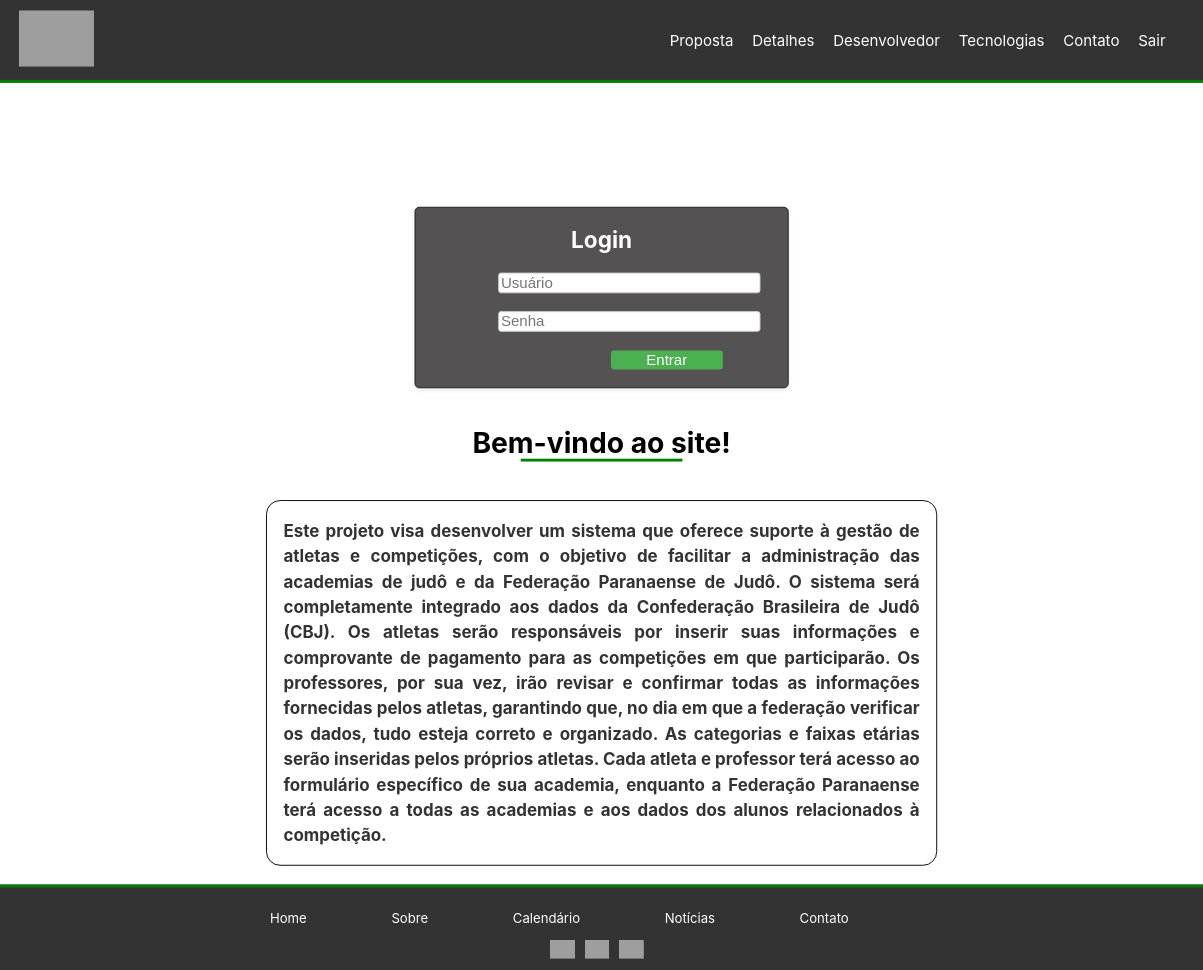
Repository: gustavo-eng/TheFightDay
Page: /home (app in Client/frontend/)
The author's editor kept a copy of each file at every save. The page is drawn from the files as they stood at one save, then again after the next save.
The browser window is 1280 px wide. The pictures show the whole page, at 94% of full size.
Pictures or frames that could not be fetched are drawn as grey boxes. The project was rebuilt for these pictures with package versions that can differ from the ones it lists, and the page was loaded fresh each time. Also part of the build but not shown: Client/frontend/src/pages/Home.js.

Above is the page before, as saved 2023-06-03 23:27:28.

After the next save:
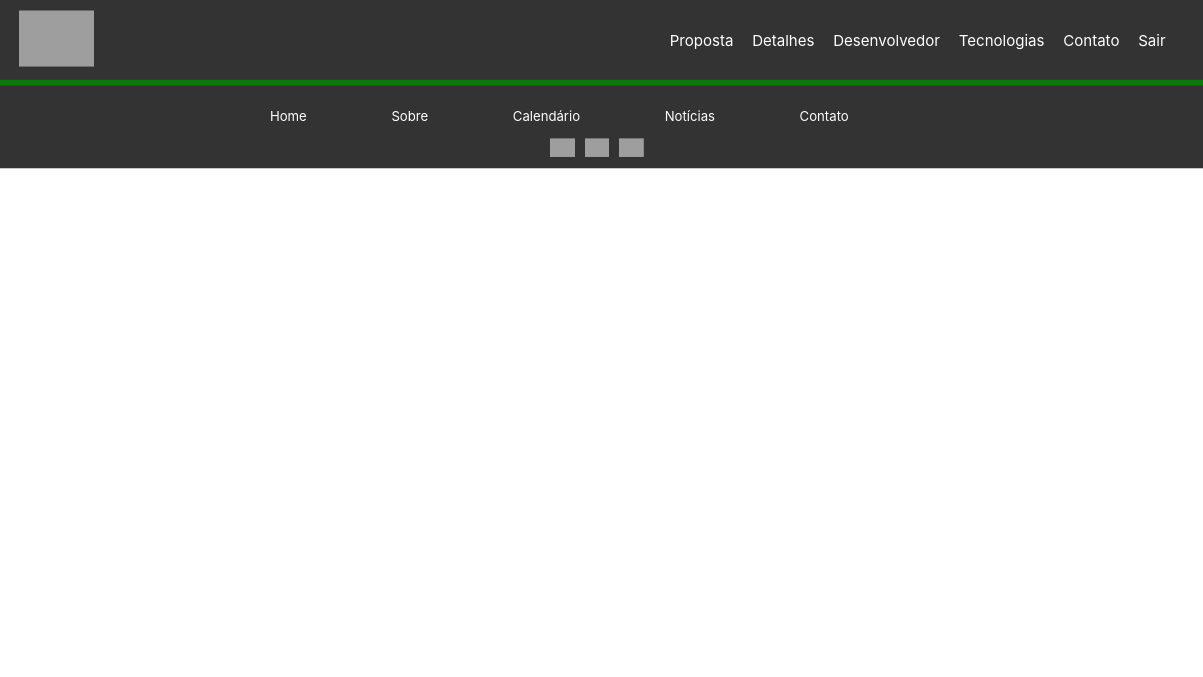
Saved 19 s later.
--- a/Client/frontend/src/pages/Login.js
+++ b/Client/frontend/src/pages/Login.js
@@ -39,27 +39,8 @@ const LoginScreen  = (props) => {
 
     return (
 
-            <div class="container_proposta">
+            <div >
 
-                <p class= "p_proposta">
-                                Este projeto visa desenvolver um sistema que oferece suporte à gestão de atletas e competições, com o objetivo de facilitar a administração das academias de judô e da Federação Paranaense de Judô. O sistema será completamente integrado aos dados da Confederação Brasileira de Judô (CBJ). Os atletas serão responsáveis por inserir suas informações e comprovante de pagamento para as competições em que participarão. Os professores, por sua vez, irão revisar e confirmar todas as informações fornecidas pelos atletas, garantindo que, no dia em que a federação verificar os dados, tudo esteja correto e organizado. As categorias e faixas etárias serão inseridas pelos próprios atletas. Cada atleta e professor terá acesso ao formulário específico de sua academia, enquanto a Federação Paranaense terá acesso a todas as academias e aos dados dos alunos relacionados à competição.
-                </p>
-                <h2 class="proposta_title">Bem-vindo ao site!</h2>
-                <div class="container_login">
-                    <div class="login-form">
-
-                        <h2> Login  </h2>
-                        <div class="container_form">
-                                <form>
-
-                                    <input type="text" placeholder="Usuário" name="user" required />
-                                    <input type="password" placeholder="Senha" name="password" required />
-                                    <button type="submit">Entrar</button>
-
-                                </form>
-                        </div>
-                    </div>
-                </div>
             </div>
 
     )
